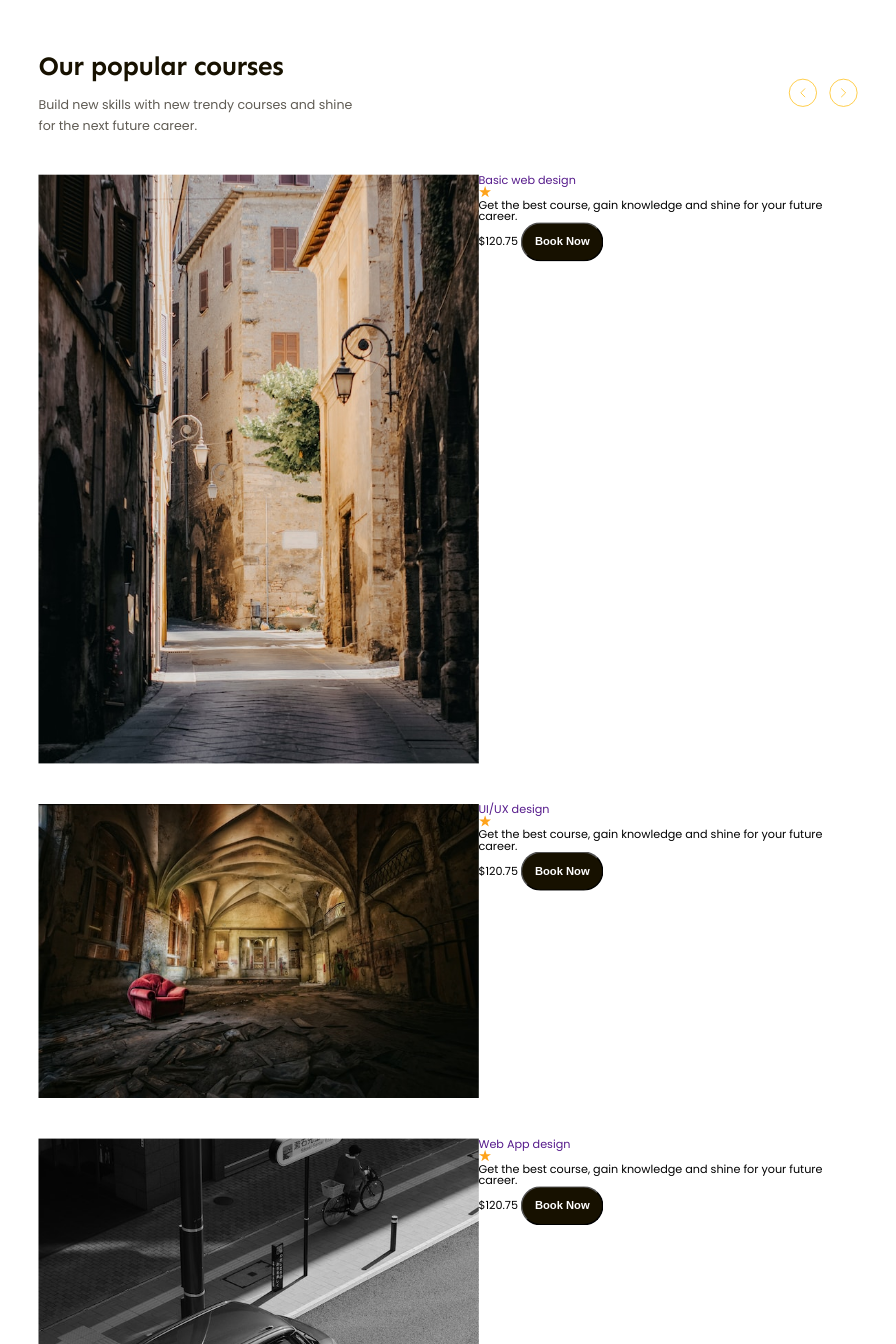
Repository: empty24062002/f8-htmlcss-02-pratice
Page: index.html
The author's editor kept a copy of each file at every save. The page is drawn from the files as they stood at one save, then again after the next save.
The browser window is 1280 px wide. The pictures show the part of the page from y = 1001 to 2921 px (the page is 5187 px tall), at 70% of full size.
A picture or video elsewhere on the page could not be fetched, so the positions and the page height are approximate.

Above is the page before, as saved 2023-07-19 07:38:49.

### index.html
<!DOCTYPE html>
<html lang="en">
    <head>
        <meta charset="UTF-8" />
        <meta name="viewport" content="width=device-width, initial-scale=1.0" />
        <title>F8 Project 02 Practice</title>
        <!-- Reset CSS -->
        <link rel="stylesheet" href="./assets/css/reset.css" />
        <!-- Embed font -->
        <link rel="preconnect" href="https://fonts.googleapis.com" />
        <link rel="preconnect" href="https://fonts.gstatic.com" crossorigin />
        <link
            href="https://fonts.googleapis.com/css2?family=Poppins:wght@400;500;600;700&family=Sen:wght@700&display=swap"
            rel="stylesheet"
        />
        <link rel="stylesheet" href="./assets/css/styles.css" />
    </head>
    <body>
        <!-- Header -->
        <header class="header fixed">
            <div class="main-content">
                <div class="body">
                    <img
                        src="./assets/img/logo.svg"
                        alt="lesson."
                        class="logo"
                    />
                    <!-- nav -->
                    <nav class="nav">
                        <ul>
                            <li class="active">
                                <a href="#!">Home</a>
                            </li>
                            <li>
                                <a href="#!">Courses</a>
                            </li>
                            <li>
                                <a href="#!">Pricing</a>
                            </li>
                            <li>
                                <a href="#!">Reviews</a>
                            </li>
                        </ul>
                    </nav>
                    <!-- Action -->
                    <div class="action">
                        <a href="#!" class="btn sign-up-btn">Sign Up</a>
                    </div>
                </div>
            </div>
        </header>
        <main style="height: 5000px">
            <!-- hero -->
            <div class="hero">
                <div class="main-content">
                    <div class="hero-body">
                        <!-- Hero left -->
                        <div class="media-block">
                            <img
                                src="./assets/img/hero-media.jpg"
                                alt="Learn without limits and spread knowledge."
                                class="img"
                            />
                            <div class="hero-summary">
                                <!-- Item 1 -->
                                <div class="item">
                                    <div class="icon">
                                        <img
                                            src="./assets/icons/icon1.svg"
                                            alt=""
                                        />
                                    </div>
                                    <div class="info">
                                        <p class="lable">20 Courses</p>
                                        <p class="title">UI/UX Design</p>
                                    </div>
                                </div>
                                <!-- Item 2 -->
                                <div class="item">
                                    <div class="icon">
                                        <img
                                            src="./assets/icons/icon2.svg"
                                            alt=""
                                        />
                                    </div>
                                    <div class="info">
                                        <p class="lable">20 Courses</p>
                                        <p class="title">Development</p>
                                    </div>
                                </div>
                                <!-- Item 3 -->
                                <div class="item">
                                    <div class="icon">
                                        <img
                                            src="./assets/icons/icon 3.svg"
                                            alt=""
                                        />
                                    </div>
                                    <div class="info">
                                        <p class="lable">30 Courses</p>
                                        <p class="title">Marketing</p>
                                    </div>
                                </div>
                            </div>
                        </div>
                        <!-- Hero right -->
                        <div class="content-block">
                            <h1 class="heading lv1">
                                Learn without limits and spread knowledge.
                            </h1>
                            <p class="desc">
                                Build new skills for that “this is my year”
                                feeling with courses, certificates, and degrees
                                from world-class universities and companies.
                            </p>
                            <div class="cta-group">
                                <a href="" class="btn cta-btn">See Courses</a>
                                <button class="watch-video">
                                    <div class="icon">
                                        <img
                                            src="./assets/icons/watch-video.svg"
                                            alt=""
                                        />
                                    </div>
                                    <span>Watch video</span>
                                </button>
                            </div>
                            <p class="desc">Recent engagement</p>
                            <p class="desc stats">
                                <strong>50K</strong> Students
                                <strong>70+</strong> Courses
                            </p>
                        </div>
                    </div>
                </div>
            </div>
            <!-- Popular -->
            <div class="popular">
                <div class="main-content">
                    <div class="popular-top">
                        <div class="info">
                            <h2 class="heading lv2">Our popular courses</h2>
                            <p class="desc">
                                Build new skills with new trendy courses and
                                shine for the next future career.
                            </p>
                        </div>
                        <div class="controls">
                            <button class="control-btn">
                                <svg
                                    width="8"
                                    height="14"
                                    viewBox="0 0 8 14"
                                    fill="none"
                                    xmlns="http://www.w3.org/2000/svg"
                                >
                                    <path
                                        d="M7 1L1 7L7 13"
                                        stroke="currentColor"
                                        stroke-linecap="round"
                                        stroke-linejoin="round"
                                    />
                                </svg>
                            </button>
                            <button class="control-btn">
                                <svg
                                    width="8"
                                    height="14"
                                    viewBox="0 0 8 14"
                                    fill="none"
                                    xmlns="http://www.w3.org/2000/svg"
                                >
                                    <path
                                        d="M1 1L7 7L1 13"
                                        stroke="currentColor"
                                        stroke-linecap="round"
                                        stroke-linejoin="round"
                                    />
                                </svg>
                            </button>
                        </div>
                    </div>
                    <div class="popular-course-list">
                        <!-- Item 1 -->
                        <div class="course-item">
                            <a href="">
                                <img
                                    src="./assets/img/popular-1.jpg"
                                    alt=""
                                    class="thumb"
                                />
                            </a>
                            <div class="info">
                                <div class="head">
                                    <h3 class="title">
                                        <a href="">Basic web design</a>
                                    </h3>
                                    <div class="rating">
                                        <img
                                            src="./assets/icons/star.svg"
                                            alt=""
                                            class="star"
                                        />
                                    </div>
                                    <p class="desc">
                                        Get the best course, gain knowledge and
                                        shine for your future career.
                                    </p>
                                    <span class="price">$120.75</span>
                                    <button class="btn">Book Now</button>
                                </div>
                            </div>
                        </div>
                        <!-- Item 2 -->
                        <div class="course-item">
                            <a href="">
                                <img
                                    src="./assets/img/popular-2.jpg"
                                    alt=""
                                    class="thumb"
                                />
                            </a>
                            <div class="info">
                                <div class="head">
                                    <h3 class="title">
                                        <a href="">UI/UX design</a>
                                    </h3>
                                    <div class="rating">
                                        <img
                                            src="./assets/icons/star.svg"
                                            alt=""
                                            class="star"
                                        />
                                    </div>
                                    <p class="desc">
                                        Get the best course, gain knowledge and
                                        shine for your future career.
                                    </p>
                                    <span class="price">$120.75</span>
                                    <button class="btn">Book Now</button>
                                </div>
                            </div>
                        </div>
                        <!-- Item 3 -->
                        <div class="course-item">
                            <a href="">
                                <img
                                    src="./assets/img/popular-3.jpg"
                                    alt=""
                                    class="thumb"
                                />
                            </a>
                            <div class="info">
                                <div class="head">
                                    <h3 class="title">
                                        <a href="">Web App design</a>
                                    </h3>
                                    <div class="rating">
                                        <img
                                            src="./assets/icons/star.svg"
                                            alt=""
                                            class="star"
                                        />
                                    </div>
                                    <p class="desc">
                                        Get the best course, gain knowledge and
                                        shine for your future career.
                                    </p>
                                    <span class="price">$120.75</span>
                                    <button class="btn">Book Now</button>
                                </div>
                            </div>
                        </div>
                    </div>
                </div>
            </div>
        </main>
    </body>
</html>

### assets/css/styles.css
* {
    box-sizing: border-box;
}

:root {
    --font-heading: Sen, sans-serif;
    --primary-color: #ffb900;
    --secondary-color: #171100;
}

html {
    font-size: 62.5%;
}

body {
    font-size: 1.6rem;
    font-family: "Poppins", sans-serif;
}

/* Common */
a {
    text-decoration: none;
}

.main-content {
    width: 1170px;
    max-width: calc(100% - 48px);
    margin-left: auto;
    margin-right: auto;
}

.btn {
    display: inline-block;
    width: 118px;
    line-height: 50px;
    font-size: 1.6rem;
    font-weight: 600;
    text-align: center;
    color: #ffffff;
    background: var(--secondary-color);
    border-radius: 999px;
}

.btn:hover {
    opacity: 0.9;
    cursor: pointer;
}

.heading {
    color: var(--secondary-color);
    font-family: var(--font-heading);
    font-size: 5.8rem;
    letter-spacing: -0.02em;
}

.heading.lv1 {
    font-weight: 700;
    line-height: 1.17;
}
.heading.lv2 {
    font-size: 3.8rem;
    line-height: 1.26;
}

/* Header */
.header {
    padding: 56px 0 65px;
    background: #fffcf4;
}

.header.fixed {
    position: sticky;
    margin-top: -28px;
}

.header .body {
    display: flex;
    align-items: center;
    padding: 36px 0 8px;
}

.nav {
    margin-left: auto;
}

.nav ul {
    display: flex;
}

.nav a {
    position: relative;
    padding: 8px 21px;
    font-size: 1.6rem;
    font-weight: 400;
    color: var(--secondary-color);
}

.nav a:hover,
.nav li.active a {
    text-shadow: 1px 0 0 currentColor;
    color: var(--secondary-color);
}

.nav li.active a::after {
    position: absolute;
    left: 21px;
    bottom: 6px;
    content: "";
    display: block;
    width: 12px;
    height: 2px;
    border-radius: 1px;
    background-color: var(--secondary-color);
}

.header .sign-up-btn {
    min-width: 144px;
    border-radius: 25px;
}

.header .action {
    margin-left: 49px;
}

/* Hero */
.hero {
    background: #fffcf4;
    padding-top: 64px 0 65px;
}

.hero .hero-body {
    display: flex;
}

/* hero left */
.hero .media-block {
    width: 48%;
    position: relative;
}

.hero .media-block .img {
    width: 470px;
    height: 685px;
    object-fit: cover;
    border-radius: 20px;
    vertical-align: bottom;
}

.hero-summary {
    position: absolute;
    padding: 24px 28px;
    bottom: 48px;
    right: 0;
    width: 270px;
    border-radius: 12px;
    background-color: #ffffff;
    box-shadow: 0px 16px 32px 0px #0000000d;
}

.hero-summary .item {
    display: flex;
    align-items: center;
}

.hero-summary .item + .item {
    margin-top: 22px;
}

.hero-summary .icon {
    display: flex;
    align-items: center;
    justify-content: center;
    width: 48px;
    height: 48px;
    background-color: #fff9e8;
    border-radius: 50%;
}

.hero-summary .item:nth-of-type(2) .icon {
    background: #fcefff;
}
.hero-summary .item:nth-of-type(3) .icon {
    background: #ebeaff;
}

.hero-summary .info {
    margin-left: 16px;
}

.hero-summary .lable {
    color: #5f5b53;
    font-size: 1.4rem;
    font-weight: 400;
    line-height: 1.85;
}

.hero-summary .title {
    color: var(--secondary-color);
    font-size: 1.8rem;
    font-weight: 600;
    line-height: 1.66;
}
/* Hero right */
.hero .content-block {
    width: 52%;
    padding: 64px 0 0 130px;
}

.hero .desc {
    margin-top: 22px;
    color: #5f5b53;
    font-size: 1.8rem;
    font-weight: 400;
    line-height: 1.66;
}

.hero .cta-group {
    display: flex;
    align-items: center;
    margin: 38px 0 48px;
}

.hero .cta-btn {
    min-width: 180px;
    line-height: 64px;
    background-color: var(--primary-color);
}

.hero .watch-video {
    display: flex;
    justify-content: center;
    align-items: center;
    margin-left: 28px;
    border: none;
    background-color: transparent;
}

.hero .watch-video .icon {
    display: flex;
    align-items: center;
    justify-content: center;
    width: 40px;
    height: 40px;
    border-radius: 50%;
    background-color: #ffffff;
    box-shadow: 0px 8px 16px 0px #00000012;
}

.hero .watch-video span {
    margin-left: 14px;
    color: var(--secondary-color);
    font-size: 1.8rem;
    font-weight: 600;
    line-height: 1.66;
}

.hero .stats {
    margin: 8px 0 0 -28px;
}

.hero .stats strong {
    padding: 0 8px 0 28px;
    color: var(--secondary-color);
    font-family: var(--font-heading);
    font-size: 4.4rem;
    font-weight: 700;
    line-height: 1.22;
}
/* Popular */
.popular {
    padding: 65px 0;
    margin-top: 135px;
}

.popular-top {
    display: flex;
    justify-content: space-between;
    align-items: center;
}

.popular-top .desc {
    width: 458px;
    margin-top: 16px;
    color: #5f5b53;
    font-size: 1.8rem;
    font-weight: 400;
    line-height: 1.66;
}

.popular-top .controls {
    display: flex;
    gap: 18px;
}

.popular-top .control-btn {
    display: flex;
    justify-content: center;
    align-items: center;
    width: 40px;
    height: 40px;
    color: var(--primary-color);
    border: 1px solid var(--primary-color);
    border-radius: 50%;
    background-color: transparent;
    cursor: pointer;
}

.popular-top .control-btn:hover {
    color: #fff9e8;
    background-color: var(--primary-color);
}

.popular .course-item {
    display: flex;
    flex: 1;
    margin-top: 55px;
}

.popular .course-item .thumb {
    width: 100%;
}

Loaded but not shown: assets/css/reset.css (common file)

After the next save:
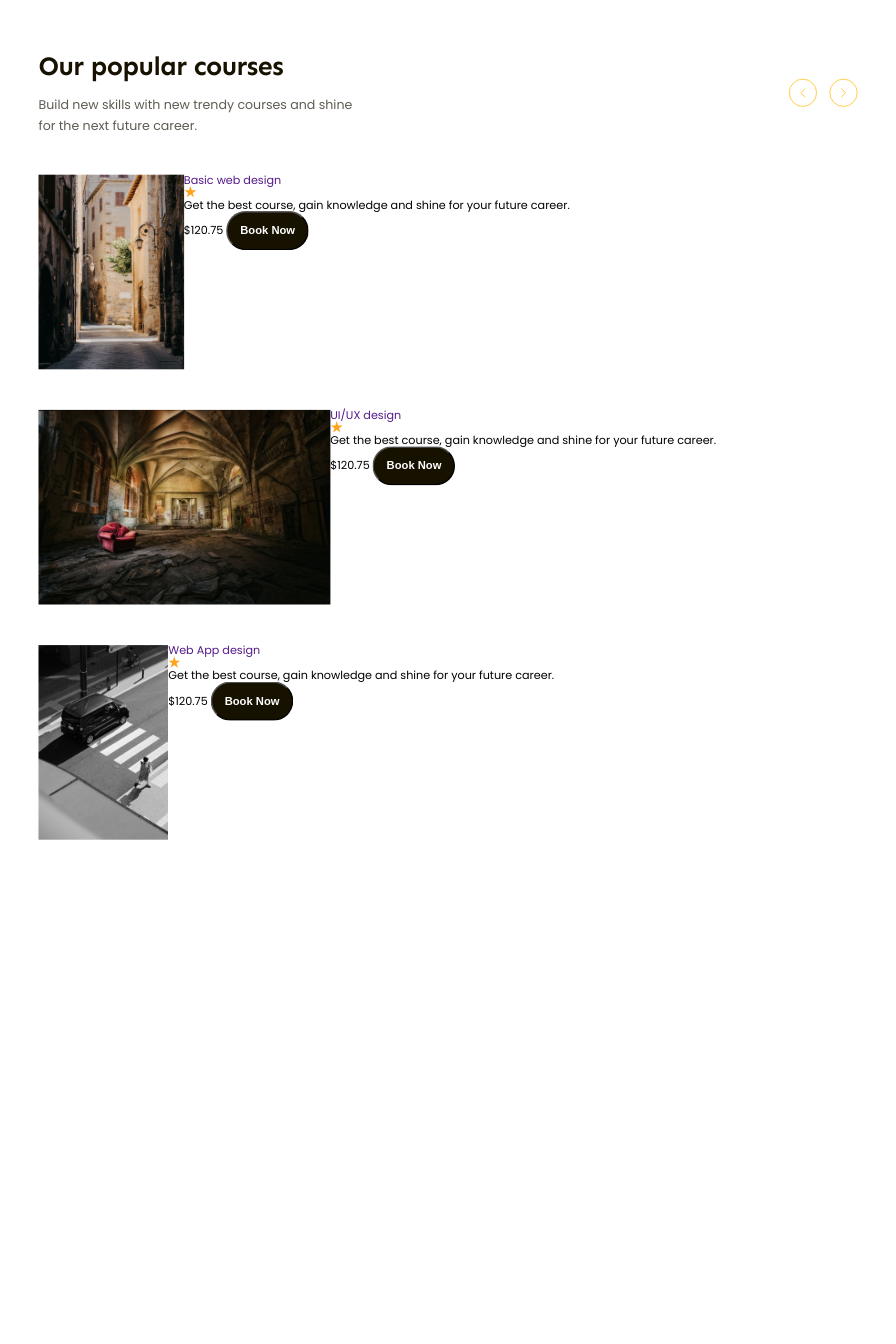
Saved 12 s later.
--- a/assets/css/styles.css
+++ b/assets/css/styles.css
@@ -318,4 +318,5 @@
 
 .popular .course-item .thumb {
     width: 100%;
-}
+    height: 278px;
+}
